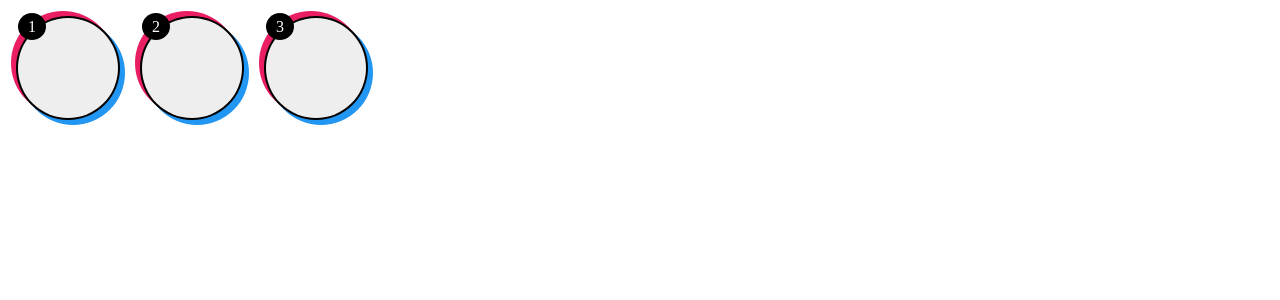
Repository: Body789/CSS_ELZERO
Page: Assignments/Assigmennt_10/Assignment_1/index.html
An editor plug-in stored every save of this project. The page is shown before and after the next save, followed by the edit.
The browser window is 1280 px wide. The pictures show the whole page.

Above is the page before, as saved 2022-09-18 12:15:59.

### Assignments/Assigmennt_10/Assignment_1/index.html
<!DOCTYPE html>
<html lang="en">
<head>
  <meta charset="UTF-8">
  <title>Ass_10_1</title>
  <link rel="stylesheet" href="Css/style.css">
</head>
<body>
  <div></div>
  <div></div>
  <div></div>
</body>
</html>

### Assignments/Assigmennt_10/Assignment_1/Css/style.css
* {
  -webkit-box-sizing: border-box;
  -moz-box-sizing: border-box;
  box-sizing: border-box;
}

div {
  box-shadow:
    0px 0px 0px 2px black,
    -5px -5px 0px 2px #e91e63,
    5px 5px 0px 2px #2196f3;
  width: 100px;
  height: 100px;
  display: inline-block;
  background-color: #eee;
  border-radius: 50px;
  margin: 10px;
  counter-increment: num;
}

div::after {
  content: counter(num);
  color: white;
  background-color: black;
  /* width: 10px;
  height: 10px; */
  padding: 5px 10px;
  border-radius: 50%;
}

After the next save:
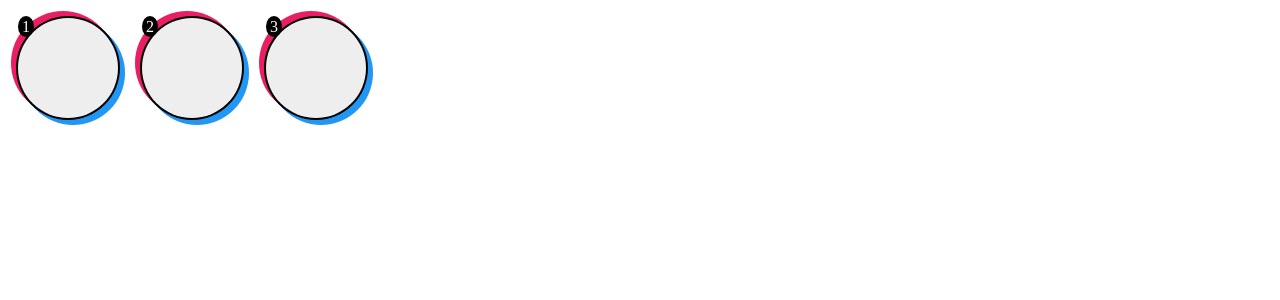
Saved 12 s later.
--- a/Assignments/Assigmennt_10/Assignment_1/Css/style.css
+++ b/Assignments/Assigmennt_10/Assignment_1/Css/style.css
@@ -24,6 +24,6 @@ div::after {
   background-color: black;
   /* width: 10px;
   height: 10px; */
-  padding: 5px 10px;
+  padding: 2px 4px;
   border-radius: 50%;
 }
